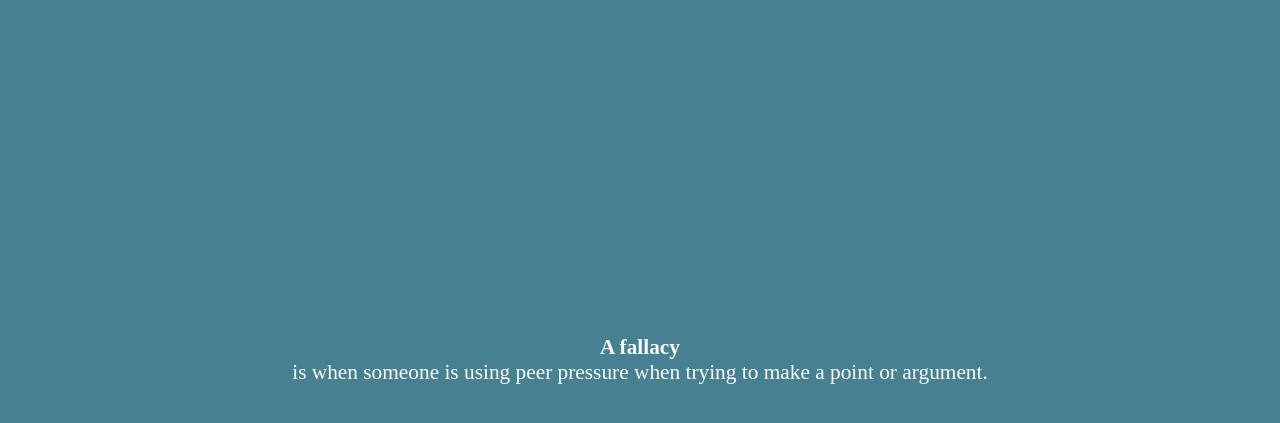
Repository: cindyvunguyen/fallacy
Page: index.html
These files come from the project's save history. The page is drawn as it stood at one moment and after the next save; the edit follows.
The browser window is 1280 px wide. The pictures show the whole page.
Some web fonts or font styles are not loaded; a fallback is used.

Above is the page before, as saved 2020-03-13 19:34:42.

### index.html
<!DOCTYPE html>
<html lang="en">
<head>
    <meta charset="UTF-8">
    <meta name="viewport" content="width=device-width, initial-scale=1.0">
    <title>FALLACIES</title>
    <link href="style.css" rel="stylesheet" type="text/css">
</head>
<body>
    <div id="app">

        <!-- CINDY START -->

        <div id="home-page"></div>

        <div id="lets-start-page"></div>

        <div id="question-page"></div>

        <!-- CINDY END -->

        <!-- SOPHIA START -->

        <!-- when making it one page -->

        <div id="correct-incorrect-page">
            <div id="icon"></div>
            <div id="cip-text1">HORRAY!</div> <!-- incorrect, change to "oh no!" -->
            <div id="cip-a-outcome">
                <div id="cip-text2">You avoided the</div> <!-- icorrect, change to "you committed the"-->
                <div id="cip-fallacy">BANDWAGON FALLACY</div>
                <div id="cip-text2">which is</div>
            </div>
            <div id="cip-definition">Listening to what is popular instead of listening to yourself.</div>
            <button class="white-button" onclick="incorrectPage()">NEXT QUESTION</button> <!-- placeholder for js page switch-->
        </div>

        <div id="results-page">
            <div id="rp-text">
                <div id="rp-message">YOU GOT...</div> <!-- game over, change to "game over" -->
                <div id="rp-results"># out of 10 scenarios</div>  <!-- game over, change to "you commited too many fallacies" -->
                <div id="rp-congrats">AMAZING JOB!</div> <!-- game over, message disappears -->
            </div>
            <button class="grey-button" onclick="gameOver()">VIEW FALLACIES</button>
        </div>

        <!-- SOPHIA END -->

        <!-- CHLOE START -->

        <div id="review-page">LET'S SUM UP<br>WHAT WE'VE GOT SO FAR!</div>

        <div id="review2-page">
            <b>A fallacy</b>is when someone is using peer pressure when trying to make a point or argument.
        </div>

        <div id="fallacy-review-page"></div>

        <div id="three-fallacies-page"></div>
        <!-- change the page's content with JS to show all three fallacies when clicked -->

        <!-- CHLOE END -->
        <script src="js.js"></script>
    </div>
</body>
</html>

### style.css
body {
    margin: 0;
}

#app {
    width: 100vw;
    height: 100vh;
    font-family: Visby;
    background-color: #468091;
    color: #FAFAFA;
}

@font-face {
    font-family: Visby;
    src: url(fonts/VisbyRoundCF-Regular.otf) format("woff");
}

@font-face {
    font-family: Visby;
    src: url(fonts/VisbyRoundCF-ExtraBold.otf) format("woff");
    font-weight: bold;
}

.pink-button {
    height: 100px;
    width: 700px;
    background-color: #ed2265;
    border: 0px;
    border-radius: 75px;
    font-family: Visby;
    font-weight: bold;
    font-size: 36pt;
    color: #FAFAFA;
    outline: 0;
}

.pink-button:active {
    background-color: #9c1542;
}

.white-button {
    height: 100px;
    width: 700px;
    background-color: #FAFAFA;
    border: 0px;
    border-radius: 75px;
    font-family: Visby;
    font-weight: bold;
    font-size: 36pt;
    color: #303030;
    outline: 0;
}

.white-button:active {
    background-color: #9e9e9e;
}

.grey-button {
    height: 100px;
    width: 700px;
    background-color: #303030;
    border: 0px;
    border-radius: 75px;
    font-family: Visby;
    font-weight: bold;
    font-size: 36pt;
    color: #FAFAFA;
    outline: 0;
}

.grey-button:active {
    background-color: #000000;
}

/* CINDY START */

/* CINDY END */

/* SOPHIA START */

/* correct page */
#correct-incorrect-page {
    width: 100vw;
    height: 100vh;
    /* display: flex; */
    display: none;
    flex-direction: column;
    align-items: center;
    justify-content: center;
    background-color: #6eb748; /* incorrect, change to #860000*/
}

#icon {
    background-color: olive;
    width: 150px;
    height: 150px;
    border-radius: 50%;
}

#cip-text1 {
    font-size: 36pt;
    font-weight: bold;
    padding: 35px 0;
}

#cip-text2 {
    font-size: 16pt;
    font-weight: bold;
}

#cip-fallacy {
    font-size: 36pt;
    font-weight: bold;
}

#cip-definition {
    font-size: 16pt;
    line-height: 150px;
}

#cip-a-outcome {
    line-height: 60px;
    display: flex;
    flex-direction: column;
    align-items: center;
    justify-content: center;
}

/* results page */
#results-page {
    width: 100vw;
    height: 100vh;
    /* display: flex; */
    display: none;
    flex-direction: column;
    align-items: center;
    justify-content: center;
    /* background-color: #860000; */ /* for game over page when combined */
}

#rp-text {
    padding: 0 0 75px 0;
    line-height: 75px;
    display: flex;
    flex-direction: column;
    align-items: center;
    justify-content: center;
}

#rp-message {
    font-size: 48pt;
    font-weight: bold;
}

#rp-results {
    font-size: 16pt;
    font-weight: bold;
}

#rp-congrats {
    font-size: 48pt;
    font-weight: bold;
}

/* SOPHIA END */

/* CHLOE START */

/* review page */
#review-page {
    width: 100vw;
    height: 100vh;
    /* display: flex; */
    display: none;
    flex-direction: column;
    align-items: center;
    justify-content: center;
    font-size: 48pt;
    font-weight: bold;
    text-align: center;
    }

#review2-page {
    width: 100vw;
    height: 100vh;
    display: flex;
    /* display: none; */
    flex-direction: column;
    align-items: center;
    justify-content: center;
    font-size: 16pt;
    text-align: center;
}
/* CHLOE END */

### js.js
// CINDY START

// CINDY END

// SOPHIA START

//            fallacy:"BANDWAGON FALLACY",
//            definition:"Listening to what is popular instead of listening to yourself."

//            fallacy:"APPEAL TO EMOTIONS",
//            definition:"Using people's feelings to convince them or win an argument."

//            fallacy:"AD HOMINEM",
//            definition:"Attacking someone instead of listening to what they're saying."

function incorrectPage() {
    document.querySelector("#correct-incorrect-page").style.backgroundColor = "#860000";
    document.querySelector("#cip-text1").innerText = "OH NO!";
    document.querySelector("#cip-text2").innerText = "You committed the";
    document.querySelector("#icon").style.backgroundColor = "#b34c20";
}

function gameOver() {
    document.querySelector("#results-page").style.backgroundColor = "#860000";
    document.querySelector("#rp-message").innerText = "GAME OVER";
    document.querySelector("#rp-results").innerText = "You committed too many fallacies";
    document.querySelector("#rp-congrats").style.display = "none";
}

// SOPHIA END

// CHLOE START

// CHLOE END

After the next save:
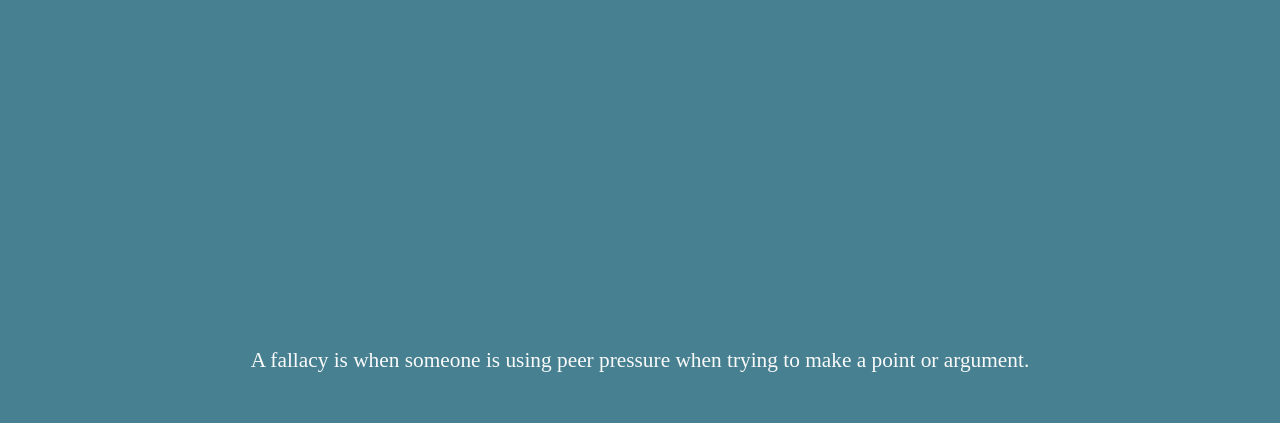
Saved 6 s later.
--- a/index.html
+++ b/index.html
@@ -51,7 +51,7 @@
         <div id="review-page">LET'S SUM UP<br>WHAT WE'VE GOT SO FAR!</div>
 
         <div id="review2-page">
-            <b>A fallacy</b>is when someone is using peer pressure when trying to make a point or argument.
+            A fallacy is when someone is using peer pressure when trying to make a point or argument.
         </div>
 
         <div id="fallacy-review-page"></div>
